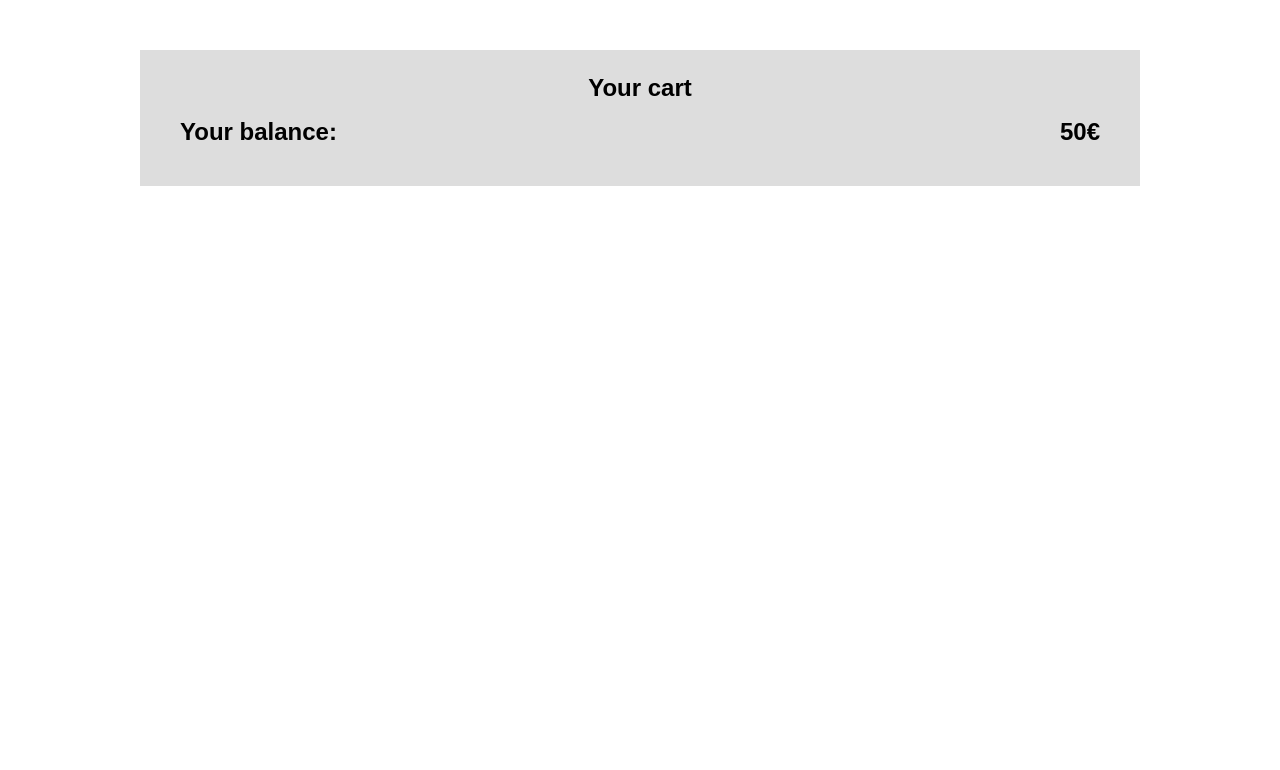
Repository: kcvijay/cart-discoutcodes
Page: /
The author's editor kept a copy of each file at every save. The page is drawn from the files as they stood at one save, then again after the next save.
The browser window is 1280 px wide. The pictures show the whole page.
The project was rebuilt for these pictures with package versions that can differ from the ones it lists, and the page was loaded fresh each time.

Above is the page before, as saved 2023-05-17 11:25:14.

### public/index.html
<!DOCTYPE html>
<html lang="en">
  <head>
    <meta charset="utf-8" />
    <link rel="icon" href="%PUBLIC_URL%/favicon.ico" />
    <meta name="viewport" content="width=device-width, initial-scale=1" />
    <meta name="theme-color" content="#000000" />
    <meta
      name="description"
      content="Discount Codes searching, fetching and enabling for the cart system."
    />
    <link rel="apple-touch-icon" href="%PUBLIC_URL%/logo192.png" />
    <link rel="manifest" href="%PUBLIC_URL%/manifest.json" />
    <title>Discount Codes for Cart</title>
  </head>
  <body>
    <noscript>You need to enable JavaScript to run this app.</noscript>
    <div id="root"></div>

  </body>
</html>

### src/index.css
* {
  margin: 0;
  padding: 0;
  box-sizing: border-box;
  scroll-behavior: smooth;
}

body {
  max-width: 100vw;
  min-height: 100vh;
  font-family: Arial, Helvetica, sans-serif;
}

.main-wrapper {
  max-width: 1000px;
  min-height: auto;
  background-color: #ddd;
  margin: 50px auto;
  padding: 1.5rem;
}

.detail-block {
  display: flex;
  justify-content: space-between;
  padding: 1rem;
}

### src/App.tsx
import React from "react";
import "./App.css";
import CartInput from "./CartInput";

function App() {
  return (
    <div className="App">
      <CartInput />
    </div>
  );
}

export default App;

### src/CartInput.tsx
import React from "react";

const CartInput = () => {
  return (
    <div className="main-wrapper">
      <h2 className="content-header">Your cart</h2>
      <div className="detail-block">
        <h2>Your balance:</h2>
        <h2>{"50€"}</h2>
      </div>
    </div>
  );
};

export default CartInput;

Loaded but not shown: src/index.tsx (common file); src/reportWebVitals.ts (common file); src/App.css (common file)

After the next save:
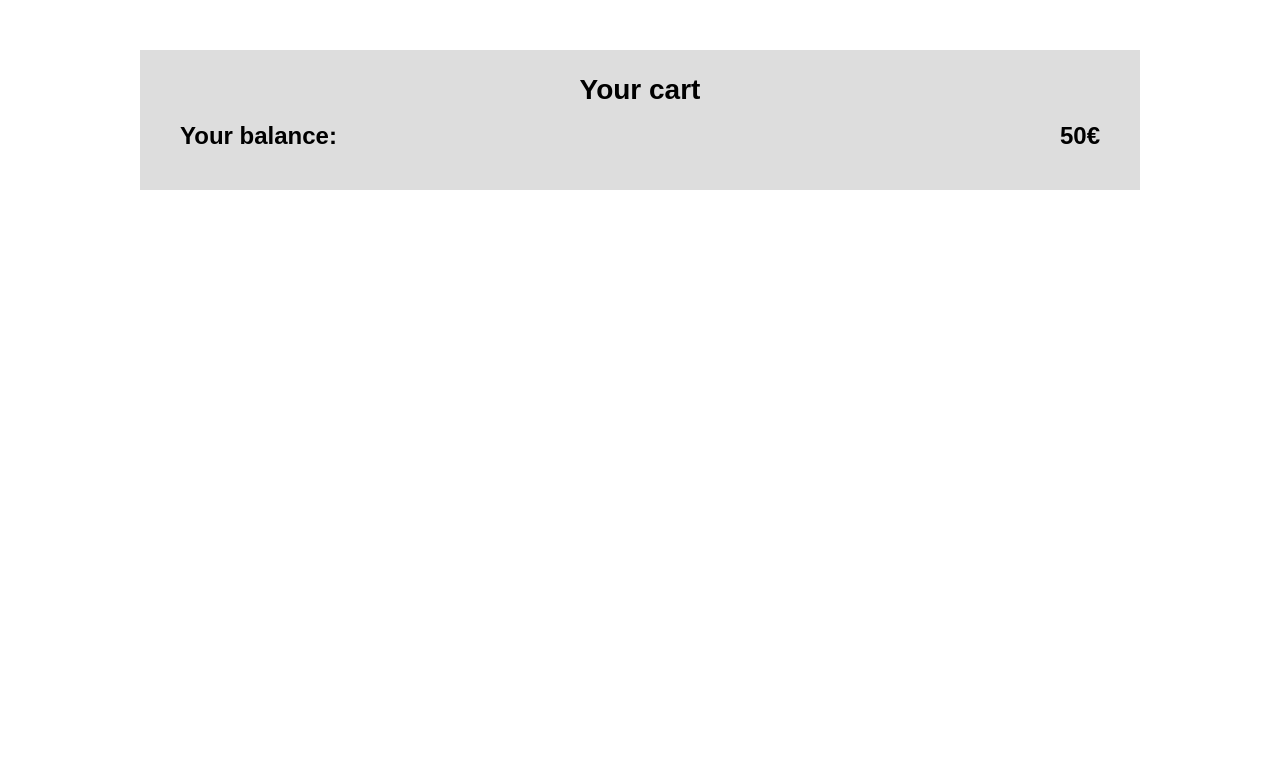
Saved 23 s later.
--- a/src/index.css
+++ b/src/index.css
@@ -19,6 +19,10 @@ body {
   padding: 1.5rem;
 }
 
+.content-header {
+  font-size: 1.75rem;
+}
+
 .detail-block {
   display: flex;
   justify-content: space-between;
